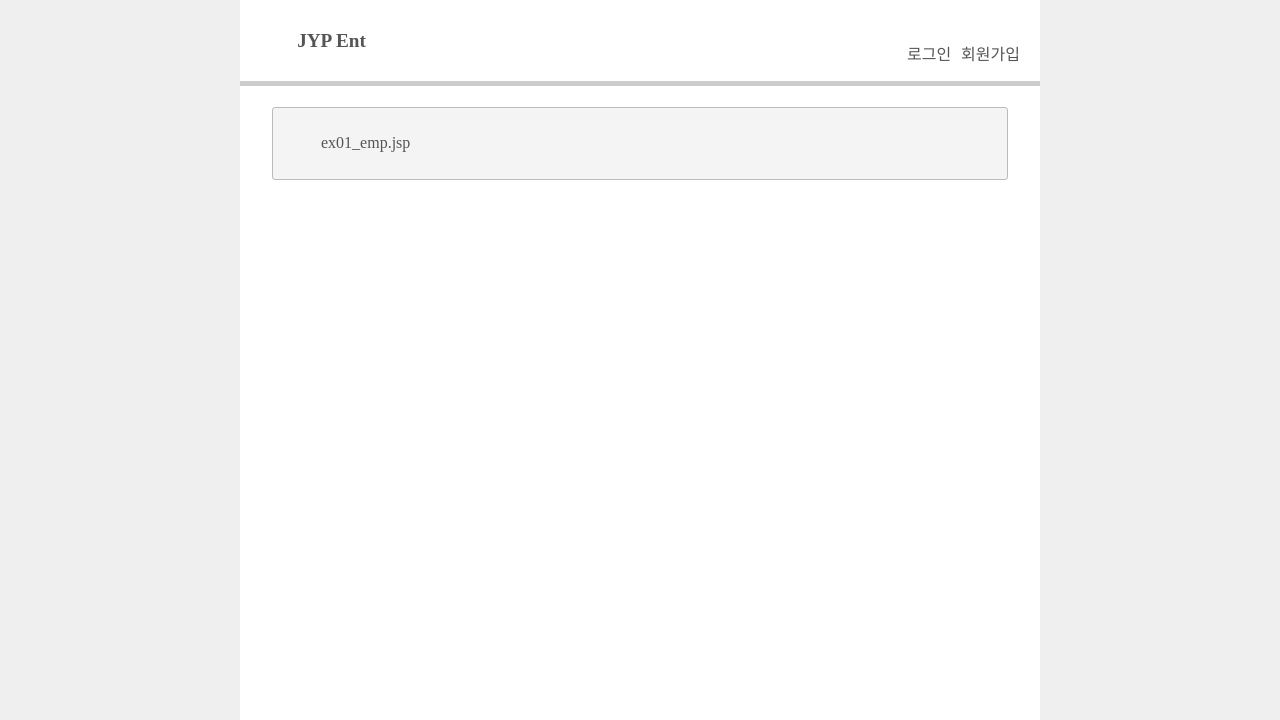
Repository: junyong231/JSP-SSIT
Page: http://localhost/jspPro/days02/ex01_emp.jsp
An editor plug-in stored every save of this project. The page is shown before and after the next save, followed by the edit.
The browser window is 1280 px wide. The pictures show the whole page.
Some web fonts or font styles are not loaded; a fallback is used. The page is served by Tomcat 9. Queries for data that is not in the repository find no rows.

Above is the page before, as saved 2024-10-16 02:01:08.

After the next save:
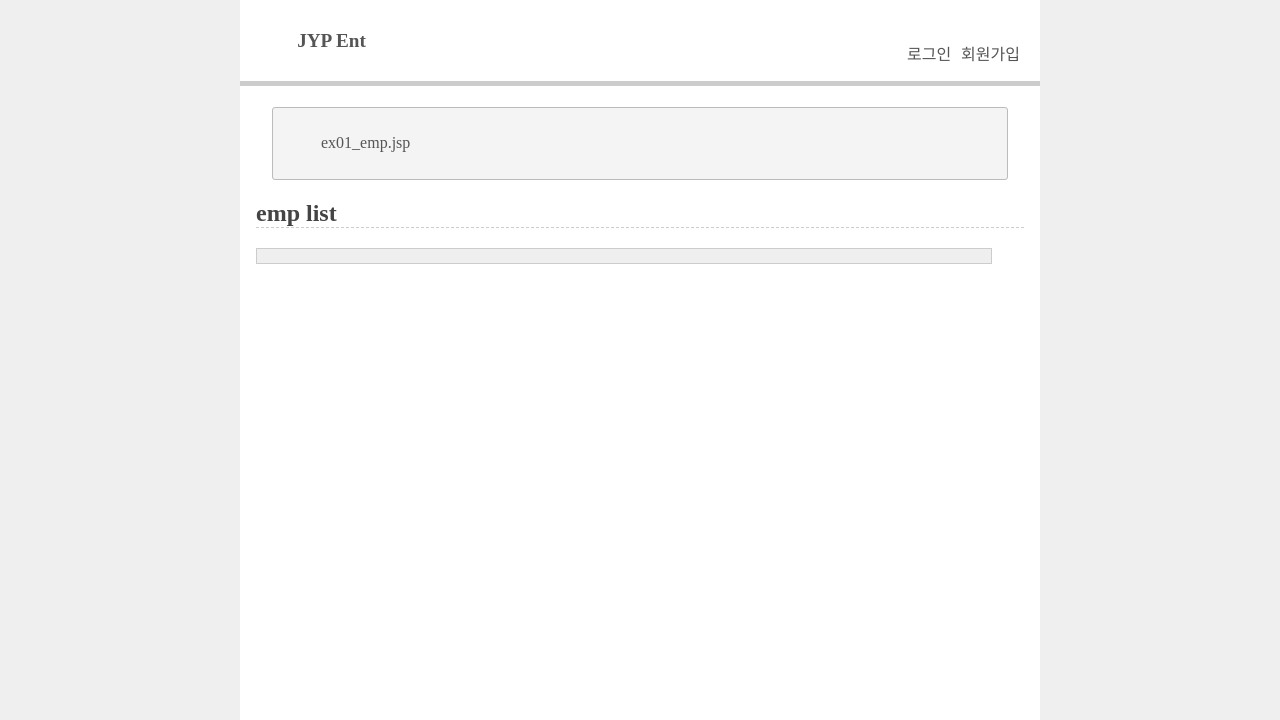
Saved 8 min 59 s later.
--- a/jspPro/src/main/webapp/days02/ex01_emp.jsp
+++ b/jspPro/src/main/webapp/days02/ex01_emp.jsp
@@ -125,7 +125,13 @@
   <xmp class="code">
     	ex01_emp.jsp
   </xmp>
+<h2>emp list</h2>
+<table>
+	<thead>
+	<th>
 
+	</thead>
+</table>
 </div>
 
 </body>
